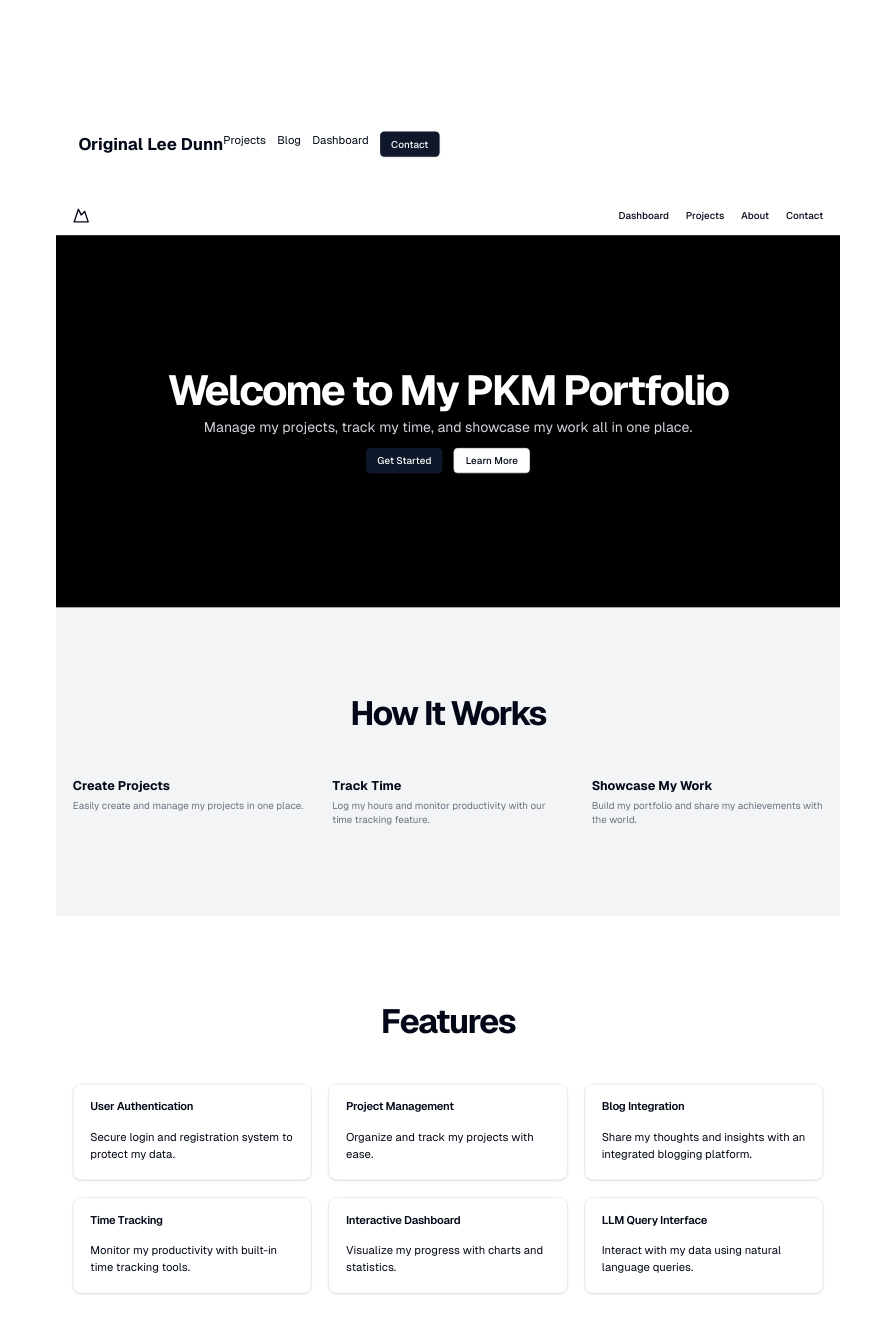
Repository: OriginalLeeDunn/pkm-portfolio
Page: /
The author's editor kept a copy of each file at every save. The page is drawn from the files as they stood at one save, then again after the next save.
The browser window is 1280 px wide. The pictures show the part of the page from y = 0 to 1920 px (the page is 3643 px tall), at 70% of full size.
The project was rebuilt for these pictures with package versions that can differ from the ones it lists, and the page was loaded fresh each time. The framework's server and built-in components were replaced by stand-ins that run in the browser. Also part of the build but not shown: next.config.mjs.

Above is the page before, as saved 2024-10-16 08:04:56.

After the next save:
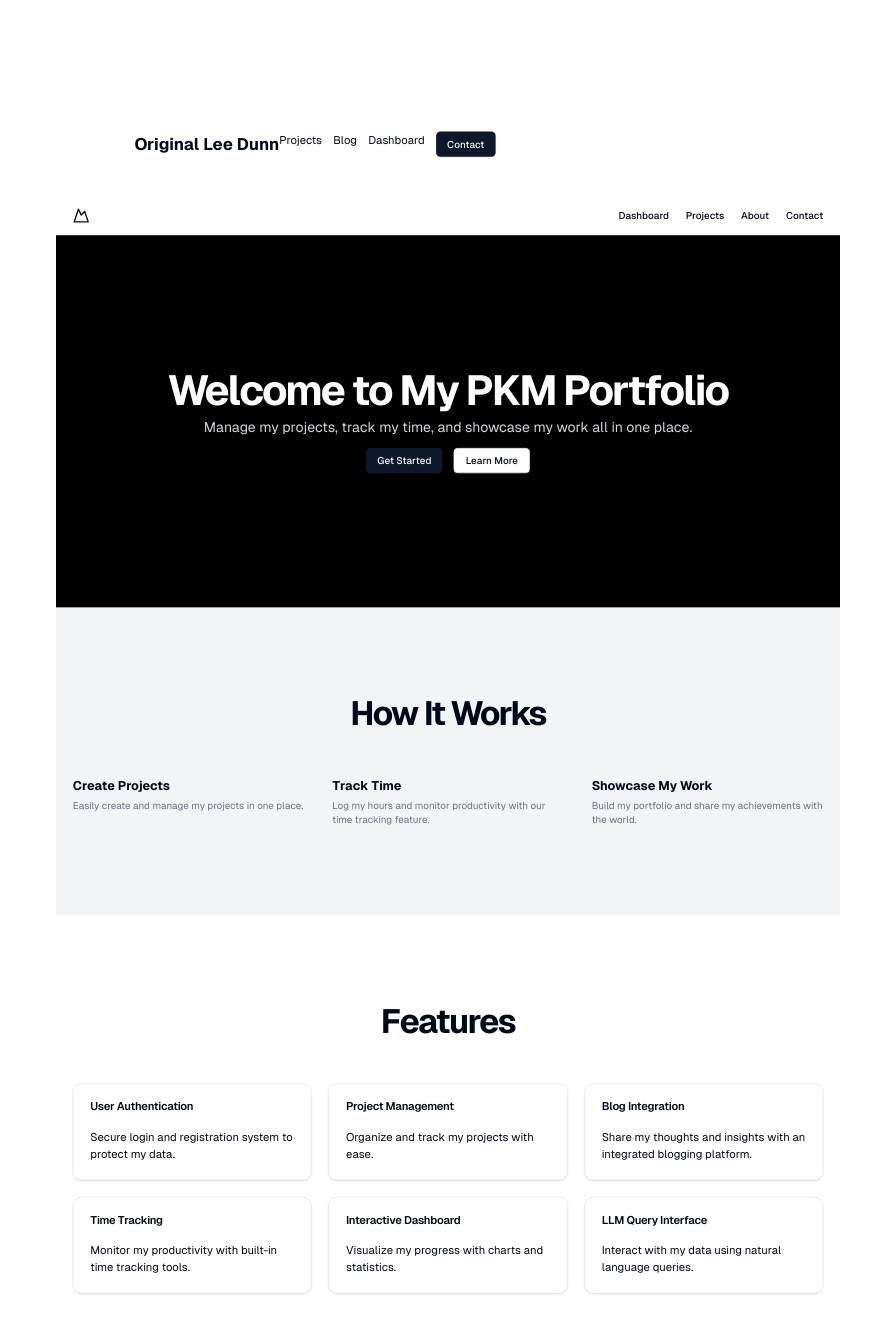
Saved 16 s later.
--- a/src/components/Header.tsx
+++ b/src/components/Header.tsx
@@ -3,7 +3,7 @@ import { Button } from '@/components/home-page/ui/button'
 
 export default function Header() {
   return (
-    <header className="w-full py-6 px-100 bg-background">
+    <header className="w-full py-6 px-20 bg-background items-center">
       <div className="container mx-auto flex justify-between items-center">
         <Link href="/" className="text-2xl font-bold">
           Original Lee Dunn
